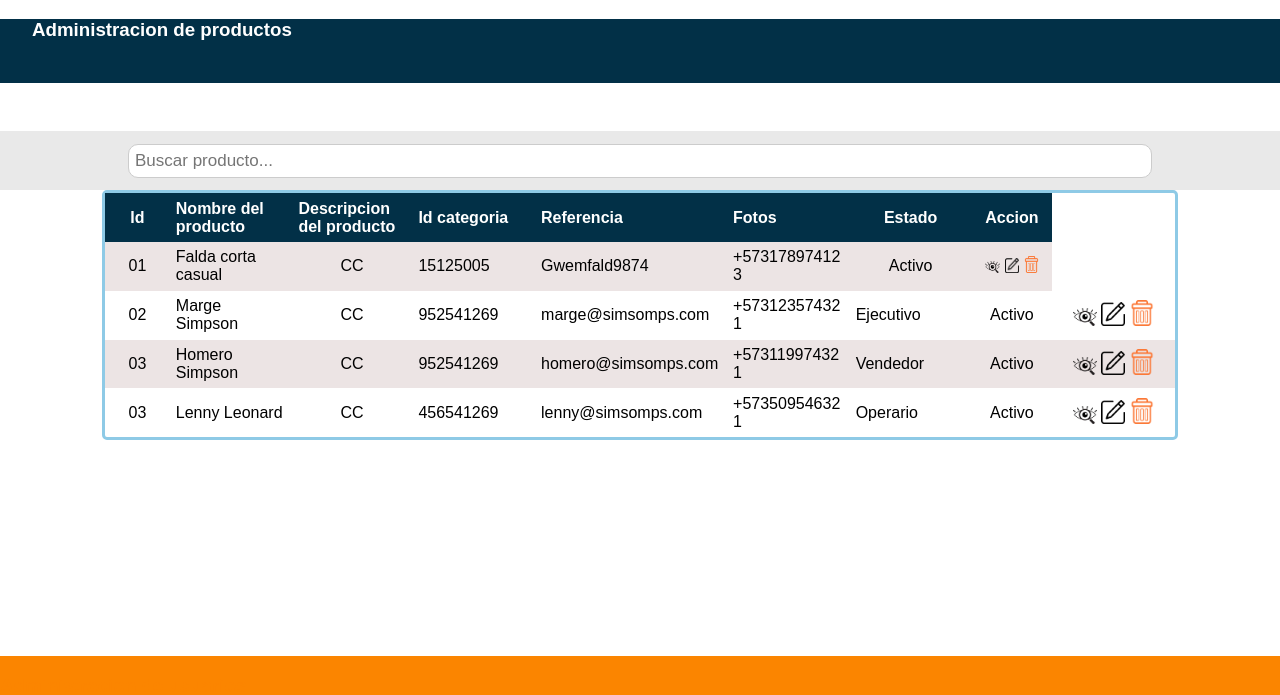
Repository: AlexanderBarona/Proyecto_Ciclo3_Mintic
Page: PaginaWeb/pages/listar_productos.html
The author's editor kept a copy of each file at every save. The page is drawn from the files as they stood at one save, then again after the next save.
The browser window is 1280 px wide. The pictures show the whole page.

Above is the page before, as saved 2021-09-30 15:28:28.

### PaginaWeb/pages/listar_productos.html
<!DOCTYPE html>
<html>

   <head>
      <title>Administracion de productos</title>
      <link href="../css/style.css" rel="stylesheet" type="text/css">
      <link href="../css/admin_user.css" rel="stylesheet" type="text/css">
   </head>
   <body class="admin_user">
      <header>
         <h3>Administracion de productos</h3>
      </header>
      <main>
        <div class="TopBar">
            <div class="Search ">
                <input type="text" placeholder="Buscar producto...">
            </div>

        </div>

        <div class="table_principal">
            <table class="table_entity">

              <tbody class="table_body" >

                  <tr class="table_header" >

                    <td class="table_cell center">Id</td>
                    <td class="table_cell">Nombre del producto</td>
                    <td class="table_cell">Descripcion del producto</td>
                    <td class="table_cell">Id categoria</td>
                    <td class="table_cell">Referencia</td>
                    <td class="table_cell">Fotos</td>
                    <td class="table_cell center">Estado</td>
                    <td class="table_cell center">Accion</td>

                  </tr>

                  <tr >
                    <td class="table_cell center">01</td>
                    <td class="table_cell">Falda corta casual</td>
                    <td class="table_cell center">CC</td>
                    <td class="table_cell">15125005</td>
                    <td class="table_cell">Gwemfald9874</td>
                    <td class="table_cell">+573178974123</td>

                    <td class="table_cell center">Activo</td>
                    <td class="table_cell center">
                      <div class="icon_container">
                        <nav>
                          <a href="icon_table">
                            <img class="icon_cell" src="../images/IconRead.ico">
                          </a>
                          <a href="icon_table">
                            <img class="icon_cell" src="../images/IconUpdate.ico">
                          </a>
                          <a href="icon_table">
                            <img class="icon_cell" src="../images/IconDelete.ico">
                          </a>
                        </nav>
                    </div>

                    </td>
                  </tr>

                <tr >
                  <td class="table_cell center">02</td>
                  <td class="table_cell">Marge Simpson</td>
                  <td class="table_cell center">CC</td>
                  <td class="table_cell">952541269</td>
                  <td class="table_cell">marge@simsomps.com</td>
                  <td class="table_cell">+573123574321</td>
                  <td class="table_cell">Ejecutivo</td>
                  <td class="table_cell center">Activo</td>
                  <td class="table_cell center">
                    <div class="icon_container ">
                      <nav>
                        <a href="icon_table">
                          <img class="icon_cell" src="../images/IconRead.ico">
                        </a>
                        <a href="icon_table">
                          <img class="icon_cell" src="../images/IconUpdate.ico">
                        </a>
                        <a href="icon_table">
                          <img class="icon_cell" src="../images/IconDelete.ico">
                        </a>
                      </nav>
                  </div>
                  </td>
                </tr>

                <tr >
                    <td class="table_cell center">03</td>
                    <td class="table_cell">Homero Simpson</td>
                    <td class="table_cell center">CC</td>
                    <td class="table_cell">952541269</td>
                    <td class="table_cell">homero@simsomps.com</td>
                    <td class="table_cell">+573119974321</td>
                    <td class="table_cell">Vendedor</td>
                    <td class="table_cell center">Activo</td>
                    <td class="table_cell center">

                                    <div class="icon_container">
                                        <nav>
                                          <a href="icon_table">
                                            <img class="icon_cell" src="../images/IconRead.ico">
                                          </a>
                                          <a href="icon_table">
                                            <img class="icon_cell" src="../images/IconUpdate.ico">
                                          </a>
                                          <a href="icon_table">
                                            <img class="icon_cell" src="../images/IconDelete.ico">
                                          </a>
                                        </nav>
                                    </div>


                    </td>
                </tr>
                <tr >
                    <td class="table_cell center">03</td>
                    <td class="table_cell">Lenny Leonard</td>
                    <td class="table_cell center">CC</td>
                    <td class="table_cell">456541269</td>
                    <td class="table_cell">lenny@simsomps.com</td>
                    <td class="table_cell">+573509546321</td>
                    <td class="table_cell">Operario</td>
                    <td class="table_cell center">Activo</td>
                    <td class="table_cell center">
                      <div class="icon_container">
                        <nav>
                          <a href="icon_table">
                            <img class="icon_cell" src="../images/IconRead.ico">
                          </a>
                          <a href="icon_table">
                            <img class="icon_cell" src="../images/IconUpdate.ico">
                          </a>
                          <a href="icon_table">
                            <img class="icon_cell" src="../images/IconDelete.ico">
                          </a>
                        </nav>
                    </div>
                    </td>
                </tr>
              </tbody>
            </table>
        </div>
      </main>
      <footer>
        <div>
          <h3>Administracion de usuarios</h3>
          <h3>Administracion de usuarios</h3>
          <h3>Administracion de usuarios</h3>
        </div>
      </footer>
   </body>
</html>

### PaginaWeb/css/style.css
* {
  box-sizing: border-box;
}

body {
  margin: 0;
  font-family: Arial, Helvetica, sans-serif;
}
header {
  background-color: #023047;
  color:  white;
  padding-left:2em ;
  height:4em;
  width:100%;
  margin-bottom: 3em;

}

footer{
  background-color: #FB8500;
  color:  #FB8500;
  position:fixed;
  left:0px;
  bottom:0px;
  height:4em;
  width:100%;
}

### PaginaWeb/css/admin_user.css
/* css barra busqueda*/
@media screen and (max-width: 600px) {
  .Search a,
  .Search input[type="text"] {

    display: block;
    text-align: left;
    width: 100%;
    margin: 0 auto;
    padding: 14px;
    align-items: center;
  }
}

.admin_user .Search {
   overflow: hidden;
   background-color: #e9e9e9;
   display: block;
   width: 100%;
   text-align: center;
  }

.Search a {

    display: block;
    color: black;
    text-align: center;
    padding: 14px 16px;
    text-decoration: none;
    font-size: 17px;
  }

  .Search a:hover {
    background-color: #ddd;
    color: black;
  }

  .Search a.active {
    background-color: #9dcaf0;
    color: white;
  }

  .Search input[type="text"] {
    float: center;
    border-radius: 10px;
    border: 1px solid rgb(174, 204, 218);
    padding: 6px;
    margin-top: 1%;
    margin-right: 2%;
    margin-left: 2%;
    margin-bottom: 1%;
    font-size: 17px;
    width: 80%;
  }
  .Search input[type="text"] {
    border: 1px solid #ccc;
  }

 /* css tabla*/

  .table_entity {
    table-layout: fixed;
    width: 84%;
    margin: 0 auto;
    border-collapse: separate;
    border-spacing: 0px;
    border-radius: 5px;
    border: 3px solid #8ECAE6;

  }

  .table_entity td:first-child {
    width: 4em;
  }
  .table_entity td:nth-child(3) {
    width: 7.5em;
  }
  .table_entity td:nth-child(5) {
    width: 12em;
  }
  .table_entity td:nth-child(8) {
    width: 5em;

  }
  .table_entity td:nth-child(9) {
    width: 5em;
  }




  .table_header {
    background-color: #023047;
    color: #fff;
    font-weight:bold;
  }

  .table_entity tr:nth-child(even) {
  background-color: #ece4e4;
}

.table_entity .center {
  text-align: center;
}
/* css tabla perfiles*/
.table_entity2 {
  table-layout: fixed;
  width: 84%;
  margin: 0 auto;
  border-collapse: separate;
  border-spacing: 0px;
  border-radius: 5px;
  border: 3px solid #8ECAE6;

}

.table_entity2 td:first-child {
  width: 4em;
}

.table_entity2 td:nth-child(2) {
  width: 16em;
}


.table_entity2 td:nth-child(6) {
  width: 4.8em;

}


.table_entity2 tr:nth-child(even) {
background-color: #ece4e4;
}

.table_entity2 .center {
  text-align: center;
}

  th, td {

      word-wrap: break-word;
      padding: 0.4em;
      margin: 0em;
  }
  /* iconos */
  .icon_cell {

    height: 28%;
    width: 22%;
    margin: 0 auto 0 0;


}

.icon_container a , .icon_container a:visited {


  text-decoration: none;

}
/* css checkbox */

.checkbox_container input[type="checkbox"]  {
  content: "";
  width: 2em;
  height: 2em;
  border: 4px solid #bf810f;
  float: left;
  margin: 0 auto 0 0;
  border-right: 0;
  border-top: 0;


}
.checkbox_container input[type="checkbox"]:checked   {
  content: "";
  width: 2.2em;
  height: 2.2em;
  border: 4px solid #bf810f;
  color: #bf810f;
  background-color:#bf810f ;
  float: left;
  margin: 0 auto 0 0;
  border-right: 0;
  border-top: 0;

}

After the next save:
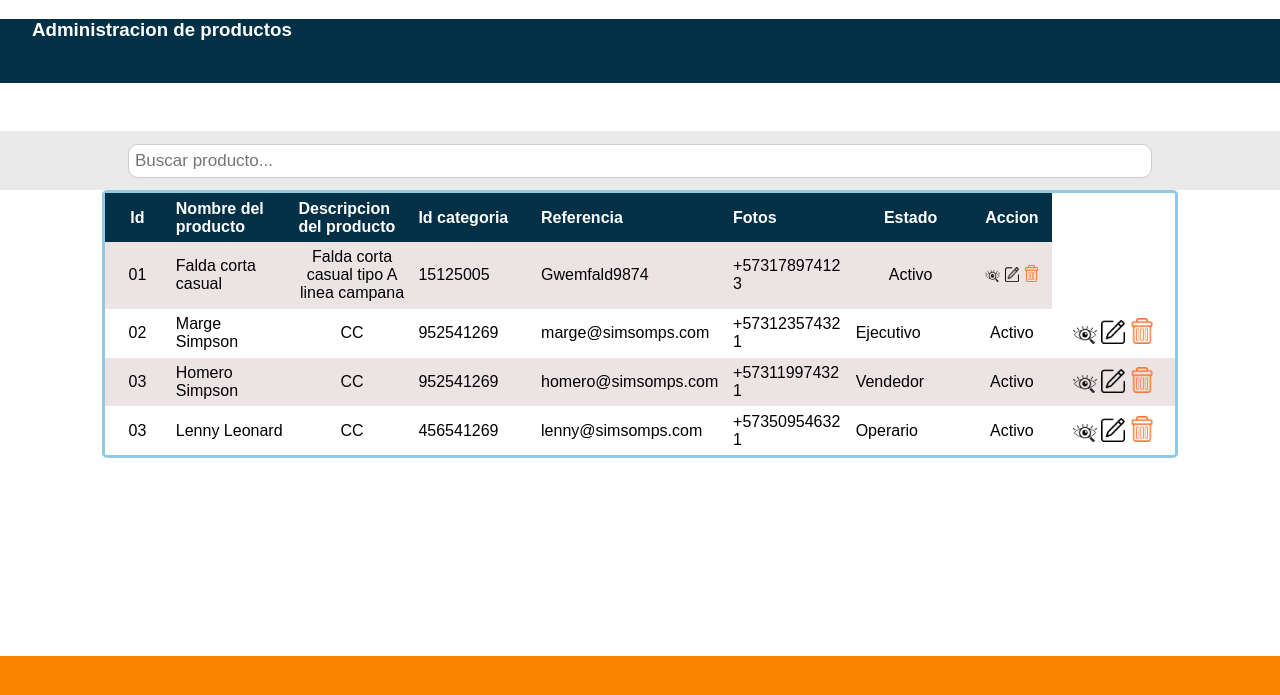
Saved 2 min 19 s later.
--- a/PaginaWeb/pages/listar_productos.html
+++ b/PaginaWeb/pages/listar_productos.html
@@ -39,7 +39,7 @@
                   <tr >
                     <td class="table_cell center">01</td>
                     <td class="table_cell">Falda corta casual</td>
-                    <td class="table_cell center">CC</td>
+                    <td class="table_cell center">Falda corta casual tipo A linea campana </td>
                     <td class="table_cell">15125005</td>
                     <td class="table_cell">Gwemfald9874</td>
                     <td class="table_cell">+573178974123</td>
